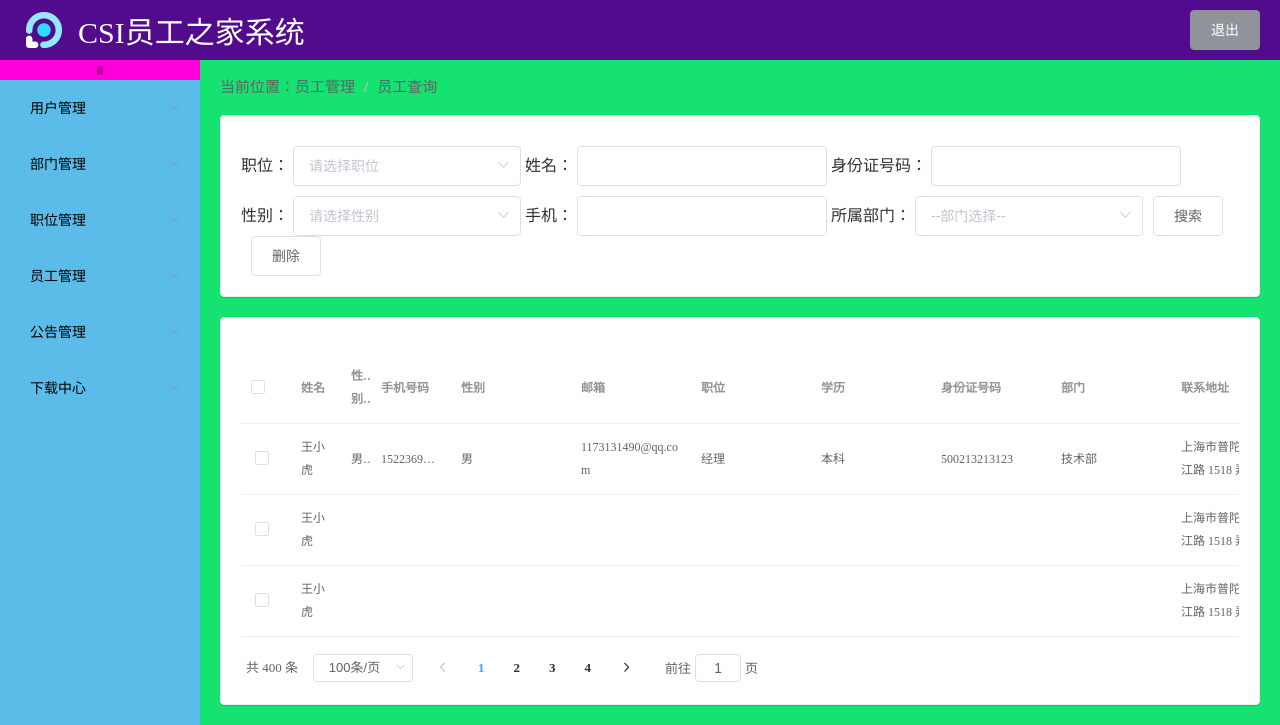
Repository: YUNjwyao/vue_hrm
Page: /#/employee
These files come from the project's save history. The page is drawn as it stood at one moment and after the next save; the edit follows.
The browser window is 1280 px wide. The pictures show the whole page.
The project was rebuilt for these pictures with package versions that can differ from the ones it lists, and the page was loaded fresh each time. Also part of the build but not shown: src/components/Login.vue, src/components/Face/Face.vue, src/components/Employee/ShowAddEmployee.vue, src/components/Employee/ShowUpdateEmployee.vue, src/components/Notice/Notice.vue, src/components/Notice/ShowUpdateNotice.vue, src/components/Notice/ShowAddNotice.vue, src/components/Document/Document.vue and 2 more.

Above is the page before, as saved 2020-10-16 10:34:07.

### src/main.js
import Vue from 'vue'
import App from './App.vue'
import router from './router'
import store from './store'
import './plugins/element.js'
import './assets/css/global.css'

// import axios from 'axios'
// // 配置请求的根路径
// axios.defaults.baseURL = 'http://127.0.0.1:8888/api/private/v1/'
// // 通过axios 请求拦截器添加token,保证拥有获取数据的权限
// axios.interceptors.request.use (config => {
//   //为请求头对象，添加Token验证的Authorization字段
//   config.headers.Authorization = window.sessionStorage.getItem('token')
//   return config
// })
// Vue.prototype.$http = axios

Vue.config.productionTip = false

new Vue({
  router,
  store,
  render: h => h(App)
}).$mount('#app')

### src/App.vue
<template>
  <div id="app">
     <!-- 路由占位符 -->
     <router-view></router-view>
  </div>
</template>

<script>

export default {

}
</script>

<style lang="less" scoped>

</style>

### src/router/index.js
import Vue from "vue";
import VueRouter from "vue-router";
import Login from "../components/Login.vue"
import Face from "../components/Face/Face.vue"
import Home from "../components/Home.vue"

import EmployeeQuery from "../components/Employee/EmployeeQuery.vue";
import ShowAddEmployee from "../components/Employee/ShowAddEmployee.vue";
import ShowUpdateEmployee from "../components/Employee/ShowUpdateEmployee.vue";
import Notice from "../components/Notice/Notice.vue";
import UpdateNotice from "../components/Notice/ShowUpdateNotice.vue";
import AddNotice from "../components/Notice/ShowAddNotice.vue";
import Document from "../components/Document/Document.vue";
import UpdateDocument from "../components/Document/ShowUpdateDocument.vue";
import AddDocument from "../components/Document/ShowAddDocument.vue";

Vue.use(VueRouter);

const routes = [
  { path: "/", redirect: "/login" },
  {
    path: '/login',component: Login
  },
  {
    path: '/home',
    component: Home,
    children: [
  {
    path: '/face',component: Face
  },
  {
    path: "/employee",
    component: EmployeeQuery,
  },
  {
    path: "/addEmployee",
    component: ShowAddEmployee,
  },
  {
    path: "/updateEmployee",
    component: ShowUpdateEmployee,
  },
  {
    path: "/notice",
    component: Notice,
  },
  {
    path: "/updateNotice",
    component: UpdateNotice,
  },
  {
    path: "/addNotice",
    component: AddNotice,
  },
  {
    path: "/document",
    component: Document,
  },
  {
    path: "/updateDocument",
    component: UpdateDocument,
  },
  {
    path: "/addDocument",
    component: AddDocument,
  }]
  }
];

const router = new VueRouter({
  routes,
});

export default router;

### src/plugins/element.js
import Vue from 'vue'
import {
    Button,
    Breadcrumb,
    BreadcrumbItem,
    Card,
    Select,
    Option,
    Input,
    Row,
    Table,
    TableColumn,
    Pagination,
    Form,
    FormItem,
    Container,
    Header,
    Aside,
    Menu,
    Submenu,
    MenuItem,
    Main
} from 'element-ui'


Vue.use(Button)
Vue.use(Breadcrumb)
Vue.use(BreadcrumbItem)
Vue.use(Card)
Vue.use(Select)
Vue.use(Option)
Vue.use(Input)
Vue.use(Row)
Vue.use(Table)
Vue.use(TableColumn)
Vue.use(Pagination)
Vue.use(Form)
Vue.use(FormItem)
Vue.use(Container)
Vue.use(Header)
Vue.use(Aside)
Vue.use(Menu)
Vue.use(Submenu)
Vue.use(MenuItem)
Vue.use(Main)

### src/assets/css/global.css
/* 全局样式表 */
html,
body,
#app {
    height: 100%;
    margin: 0;
    padding: 0;
}
.el-breadcrumb {
    margin-bottom: 15px;
    font-size: 15px;
}
.el-card {
    box-shadow: 0 1px 1px rgba(0, 0, 0, 0.15) !important;
}
.el-table {
    margin-bottom: 15px;
    font-size: 12px;
    margin-top: 15px;
}
.el-steps {
    margin: 15px 0;
}
.el-step__title {
    font-size: 13px;
}
.el-cascader-panel {
    height: 200px
}
.ql-editor {
    min-height: 300px;
 }

### src/components/Home.vue
<template>
 <!-- 整个页面区域 -->
  <el-container>
      <!-- 页面标题 -->
  <el-header>
      <div>
          <img src="../assets/images/icon.png" alt="">
          <span>CSI员工之家系统</span>
      </div>
      <el-button type="info" @click="logout">退出</el-button>
  </el-header>
  <!-- 页面主体部分 -->
  <el-container>
    <el-aside :width="isCollapse? '64px' : '200px'">
        <div class="collapse" @click="toggleCollapse">|||</div>
        <!-- 侧边栏菜单区域 -->
       <el-menu
      background-color="rgb(91, 188, 233)"
      text-color="#000"
      active-text-color="#409bff"
      :unique-opened="true"
      :collapse="isCollapse"
      :collapse-transition="false"
      router
      :default-active="activePath">
      <!-- 一级菜单 -->
      <el-submenu :index="item.id+''" v-for="item in menulist" :key="item.id">
          <!-- 一级菜单模板区域 -->
        <template slot="title">
            <!-- 图标 -->
          <i :class="iconsObj[item.id]"></i>
             <!-- 文本 -->
          <span>{{ item.authName }}</span>
        </template>
        <!-- 二级菜单 -->
        <el-menu-item
        :index="'/'+subItem.path"
        v-for="subItem in item.children"
        :key='subItem.id'
        @click="savNavState('/'+subItem.path)">
            <template slot="title">
            <!-- 图标 -->
          <i class="el-icon-menu"></i>
             <!-- 文本 -->
          <span>{{ subItem.authName }}</span>
        </template>
        </el-menu-item>
      </el-submenu>
    </el-menu>
    </el-aside>
    <el-main>
        <router-view></router-view>
    </el-main>
  </el-container>
</el-container>

</template>

<script>
export default {
    data () {
        return {
            // 左侧菜单数据
            menulist: [
                {
            "id": 101,
            "authName": "用户管理",
            "path": '/home',
            "children": [
                {
                    "id": 104,
                    "authName": "用户查询",
                    "path": '',
                    "children": []
                },
                {
                    "id": 104,
                    "authName": "添加用户",
                    "path": '',
                    "children": []
                }
            ]
        },
         {
            "id": 101,
            "authName": "部门管理",
            "path": null,
            "children": [
                {
                    "id": 104,
                    "authName": "部门查询",
                    "path": null,
                    "children": []
                },
                {
                    "id": 104,
                    "authName": "添加部门",
                    "path": null,
                    "children": []
                }
            ]
        },
         {
            "id": 101,
            "authName": "职位管理",
            "path": null,
            "children": [
                {
                    "id": 104,
                    "authName": "职位查询",
                    "path": null,
                    "children": []
                },
                {
                    "id": 104,
                    "authName": "添加职位",
                    "path": null,
                    "children": []
                }
            ]
         },
          {
            "id": 101,
            "authName": "员工管理",
            "path": '/home',
            "children": [
                {
                    "id": 104,
                    "authName": "员工查询",
                    "path": 'employee',
                    "children": []
                },
                {
                    "id": 104,
                    "authName": "添加员工",
                    "path": 'addEmployee',
                    "children": []
                }
            ]
        },
         {
            "id": 101,
            "authName": "公告管理",
            "path": '/home',
            "children": [
                {
                    "id": 104,
                    "authName": "公告查询",
                    "path": 'notice',
                    "children": []
                },
                {
                    "id": 104,
                    "authName": "添加公告",
                    "path": 'addNotice',
                    "children": []
                }
            ]
        },
         {
            "id": 101,
            "authName": "下载中心",
            "path": '/home',
            "children": [
                {
                    "id": 104,
                    "authName": "文档查询",
                    "path": 'document',
                    "children": []
                },
                {
                    "id": 104,
                    "authName": "上传文档",
                    "path": 'addDocument',
                    "children": []
                }
            ]
        }
            ],
            // 自定义字体图标
            iconsObj: {
                '125': 'iconfont icon-user',
                '103': 'iconfont icon-tijikongjian',
                '101': 'iconfont icon-shangpin',
                '102': 'iconfont icon-danju',
                '145': 'iconfont baobiao'
            },
            // 是否折叠
            isCollapse: false,
            // 被激活的链接
            activePath: ''
        }
    },
    created () {
       this.getMenuList();
       this.activePath = window.sessionStorage.getItem('activePath');
    },
    methods: {
        // 自定义方法
        logout () {
            // 清空token
            window.sessionStorage.clear();
            // 编程式导航重定向
            this.$router.push('/login');
        },
       // 点击按钮折叠菜单栏
       toggleCollapse () {
         this.isCollapse = ! this.isCollapse;
       },
       //保存导航链接的激活状态
       savNavState (activePath) {
          window.sessionStorage.setItem('activePath',activePath);
          this.activePath = activePath;
       }
    }
}
</script>

<style lang="less" scoped>
.el-container {
    height: 100%;
}
.el-header {
    background-color: rgb(82, 11, 141);
    display: flex;
    justify-content: space-between;
    align-items: center;
    > div {
        display: flex;
        align-items: center;
        color: #fff;
        font-size: 30px;
        span {
            padding-left: 10px;
        }
    }
}
.el-aside {
    background-color: rgb(91, 188, 233);
    .el-menu {
        border-right: 0;
    }
}
.el-main {
    background-color: rgb(22, 226, 114);
}
.iconfont {
    margin-right: 10px;
}
.collapse {
    height: 20px;
    background-color: rgb(255, 0, 221);
    text-align: center;
    line-height: 20px;
    font-size: 10px;
}
</style>

### src/components/Employee/EmployeeQuery.vue
<template>
  <div class="employee">
    <!-- 面包屑导航 -->
    <el-breadcrumb separator="/">
      <el-breadcrumb-item>当前位置：员工管理</el-breadcrumb-item>
      <el-breadcrumb-item><a href="/">员工查询</a></el-breadcrumb-item>
    </el-breadcrumb>
    <!-- 查询输入框 -->
    <el-card>
      <el-row>
        职位：
        <el-select v-model="value" placeholder="请选择职位">
          <el-option
            v-for="item in options"
            :key="item.value"
            :label="item.label"
            :value="item.value"
          >
          </el-option>
        </el-select>
        姓名：
        <el-input v-model="input"></el-input>
        身份证号码：
        <el-input v-model="input"></el-input>
      </el-row>
      <el-row>
        性别：
        <el-select v-model="value" placeholder="请选择性别">
          <el-option
            v-for="item in optionsSex"
            :key="item.value"
            :label="item.label"
            :value="item.value"
          >
          </el-option>
        </el-select>
        手机：
        <el-input v-model="input"></el-input>
        所属部门：
        <el-select v-model="value" placeholder="--部门选择--">
          <el-option
            v-for="item in optionsDoor"
            :key="item.value"
            :label="item.label"
            :value="item.value"
          >
          </el-option>
        </el-select>
        <el-button>搜索</el-button>
        <el-button>删除</el-button>
      </el-row>
    </el-card>
    <!-- Table表格 -->
    <el-card>
      <el-table
        ref="multipleTable"
        :data="tableData"
        tooltip-effect="dark"
        style="width: 100%"
        @selection-change="handleSelectionChange"
      >
        <el-table-column type="selection" width="50"> </el-table-column>
        <el-table-column prop="name" label="姓名" width="50">
          <template slot-scope="scope">{{ scope.row.name }}</template>
        </el-table-column>
        <el-table-column prop="sex" label="性别" width="30"> </el-table-column>
        <el-table-column prop="phone" label="手机号码" show-overflow-tooltip>
        </el-table-column>
        <el-table-column prop="sex" label="性别" width="120"> </el-table-column>
        <el-table-column prop="email" label="邮箱" width="120">
        </el-table-column>
        <el-table-column prop="job" label="职位" width="120"> </el-table-column>
        <el-table-column prop="education" label="学历" width="120">
        </el-table-column>
        <el-table-column prop="IdNumber" label="身份证号码" width="120">
        </el-table-column>
        <el-table-column prop="door" label="部门" width="120">
        </el-table-column>
        <el-table-column prop="address" label="联系地址" width="120">
        </el-table-column>
        <el-table-column prop="date" label="建档日期" width="120">
        </el-table-column>
        <el-table-column label="操作" width="120"> </el-table-column>
      </el-table>
      <!-- 分页 -->
      <el-pagination
        @size-change="handleSizeChange"
        @current-change="handleCurrentChange"
        :current-page="currentPage4"
        :page-sizes="[100, 200, 300, 400]"
        :page-size="100"
        layout="total, sizes, prev, pager, next, jumper"
        :total="400"
      >
      </el-pagination>
    </el-card>
  </div>
</template>

<script>
export default {
  data() {
    return {
      options: [
        {
          value: "选项1",
          label: "经理",
        },
        {
          value: "选项2",
          label: "职员",
        },
      ],
      optionsSex: [
        {
          value: "选项1",
          label: "男",
        },
        {
          value: "选项2",
          label: "女",
        },
      ],
      optionsDoor: [
        {
          value: "选项1",
          label: "技术部",
        },
        {
          value: "选项2",
          label: "运营部",
        },
      ],
      tableData: [
        {
          name: "王小虎",
          sex: "男",
          phone: "1522369825",
          email: "1173131490@qq.com",
          job: "经理",
          education: "本科",
          IdNumber: "500213213123",
          door: "技术部",
          address: "上海市普陀区金沙江路 1518 弄",
          date: "2016-12-03",
        },
        {
          date: "2016-05-02",
          name: "王小虎",
          address: "上海市普陀区金沙江路 1518 弄",
        },
        {
          date: "2016-05-04",
          name: "王小虎",
          address: "上海市普陀区金沙江路 1518 弄",
        },
      ],
      multipleSelection: [],
    };
  },
  methods: {
    toggleSelection(rows) {
      if (rows) {
        rows.forEach((row) => {
          this.$refs.multipleTable.toggleRowSelection(row);
        });
      } else {
        this.$refs.multipleTable.clearSelection();
      }
    },
    handleSelectionChange(val) {
      this.multipleSelection = val;
    },
  },
};
</script>

<style lang="less" scoped>
.el-card {
  margin-top: 20px;
}
.el-input {
  width: 250px;
}
.el-row {
  margin-top: 10px;
}
.el-button {
  margin-left: 10px;
}
</style>

Loaded but not shown: public/index.html (common file); src/store/index.js (common file)

After the next save:
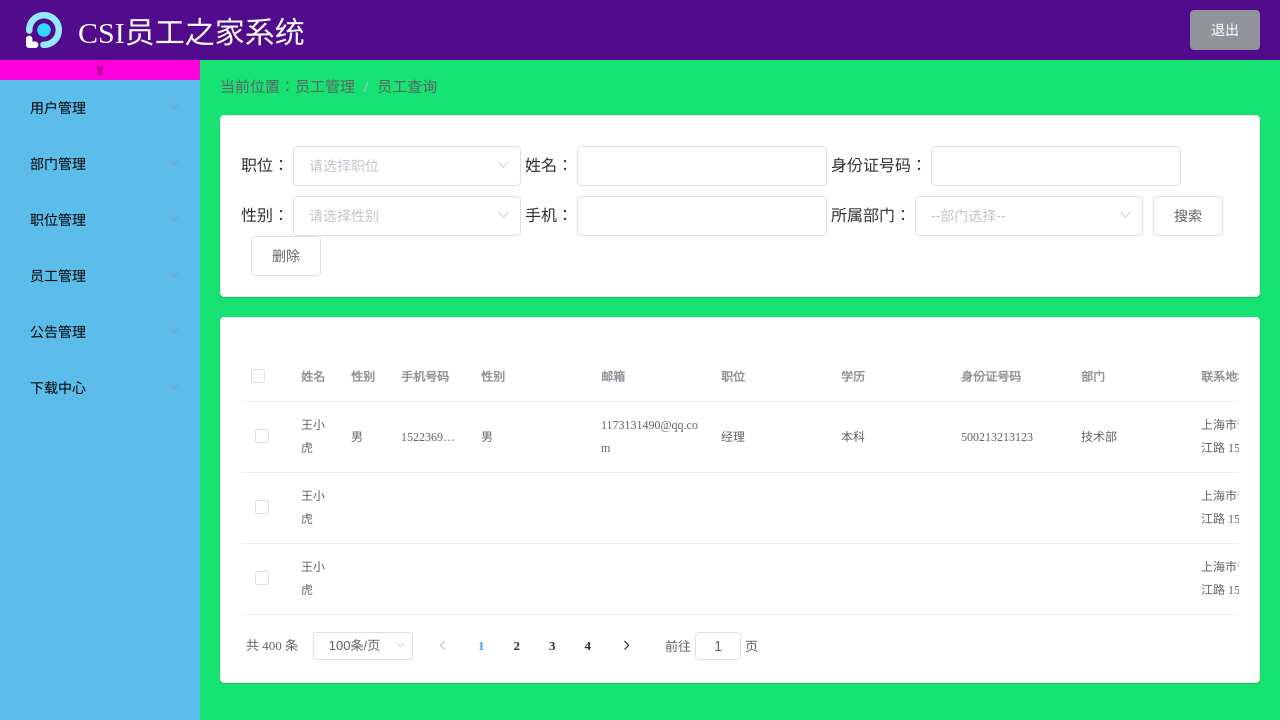
Saved 29 s later.
--- a/src/components/Employee/EmployeeQuery.vue
+++ b/src/components/Employee/EmployeeQuery.vue
@@ -63,7 +63,7 @@
         <el-table-column prop="name" label="姓名" width="50">
           <template slot-scope="scope">{{ scope.row.name }}</template>
         </el-table-column>
-        <el-table-column prop="sex" label="性别" width="30"> </el-table-column>
+        <el-table-column prop="sex" label="性别" width="50"> </el-table-column>
         <el-table-column prop="phone" label="手机号码" show-overflow-tooltip>
         </el-table-column>
         <el-table-column prop="sex" label="性别" width="120"> </el-table-column>
